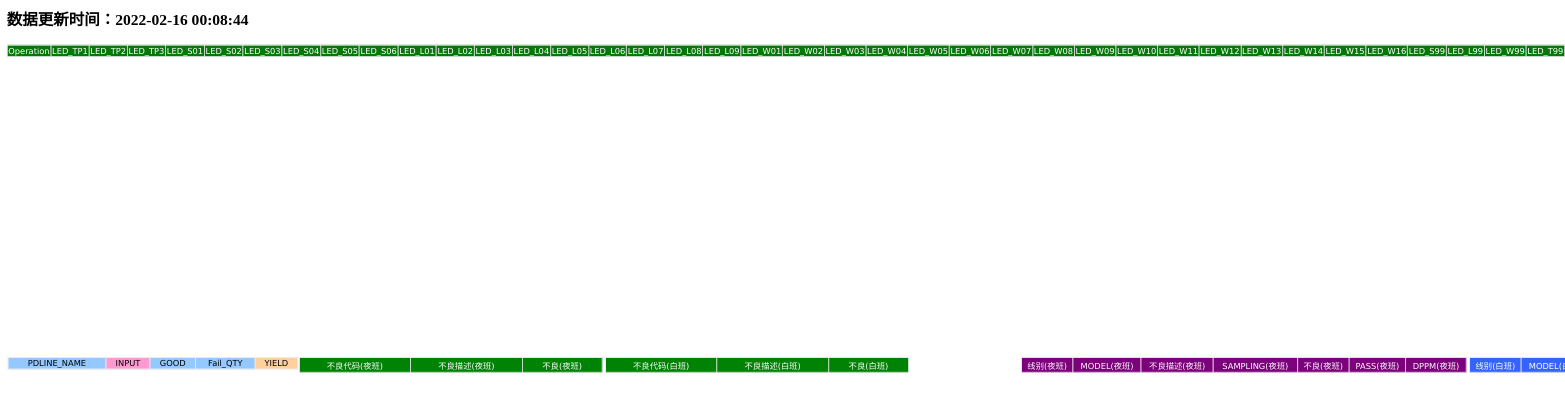
Repository: zxj19880502/mycode
Page: http://localhost/test1/time.jsp
These files come from the project's save history. The page is drawn as it stood at one moment and after the next save; the edit follows.
The browser window is 1280 px wide. The page is 1886 px wide, so the pictures cover 1886 px, including what lies to the right of the window. The pictures show the whole page, at 83% of full size.
The page is served by Tomcat 9. Queries for data that is not in the repository find no rows.

Above is the page before, as saved 2022-02-17 00:35:14.

After the next save:
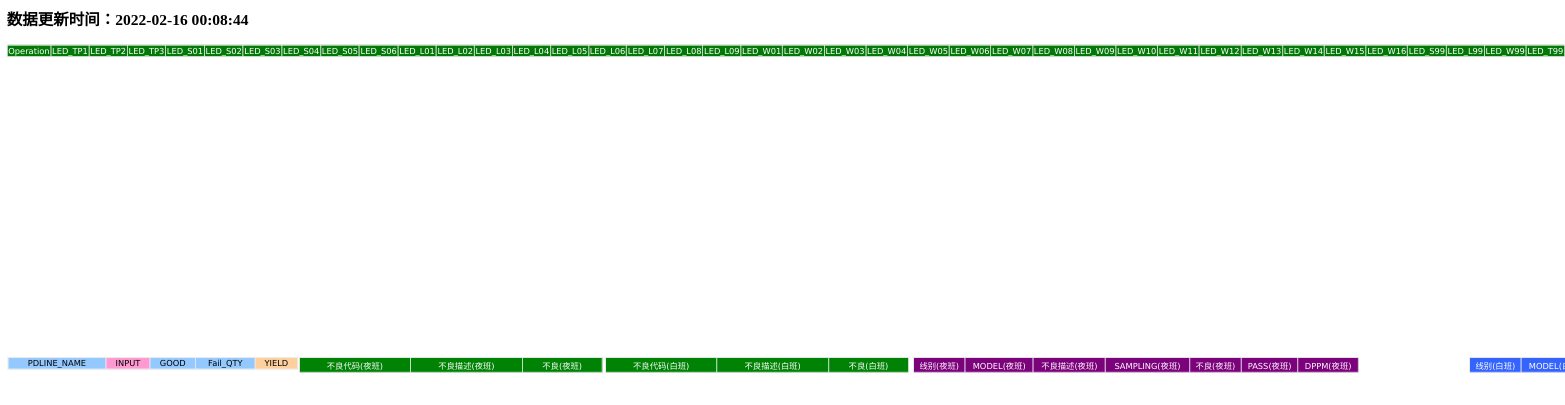
Saved 37 s later.
--- a/apache-tomcat-8.5.73/webapps/ROOT/test1/time.jsp
+++ b/apache-tomcat-8.5.73/webapps/ROOT/test1/time.jsp
@@ -295,7 +295,7 @@ window.onload = function() {
 
 
 
- <table  style="position:absolute;top:430px;left:1230px;;width: 537;font-family: Verdana, sans-serif;border-collapse: collapse;border: 1px solid #ebebeb;text-align: center;font-size:10px">
+ <table  style="position:absolute;top:430px;left:1100px;;width: 537;font-family: Verdana, sans-serif;border-collapse: collapse;border: 1px solid #ebebeb;text-align: center;font-size:10px">
   <tr>
 
         <td style="background: #7c027b;border: 1px solid #ebebeb;color: #fff;">线别(夜班)</td>
